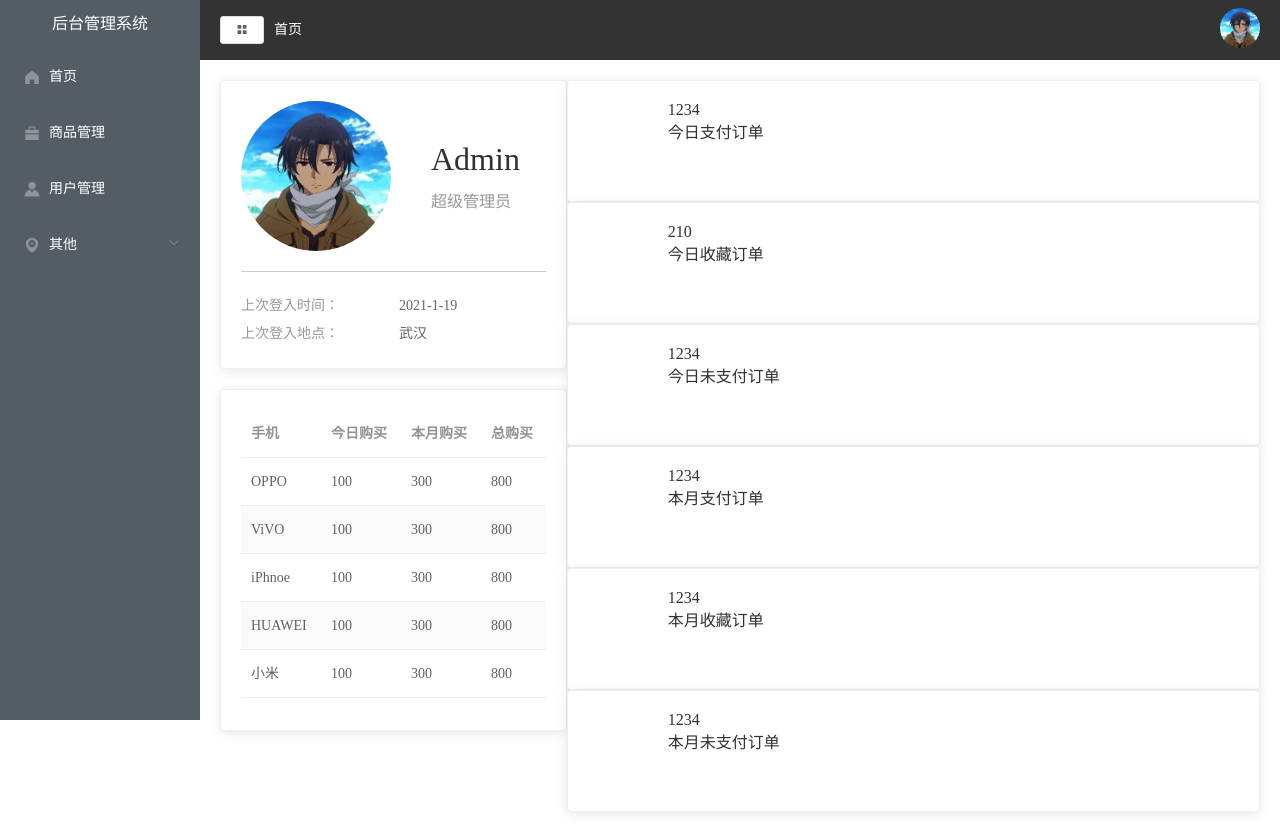
Repository: ldqml/ldqml.github.io
Page: /
These files come from the project's save history. The page is drawn as it stood at one moment and after the next save; the edit follows.
The browser window is 1280 px wide. The pictures show the whole page.
The project was rebuilt for these pictures with package versions that can differ from the ones it lists, and the page was loaded fresh each time. Also part of the build but not shown: vue.config.js, src/views/User.vue, src/views/Mall.vue, src/views/PageOne.vue, src/views/PageTwo.vue.

Above is the page before, as saved 2022-11-01 19:54:13.

After the next save:
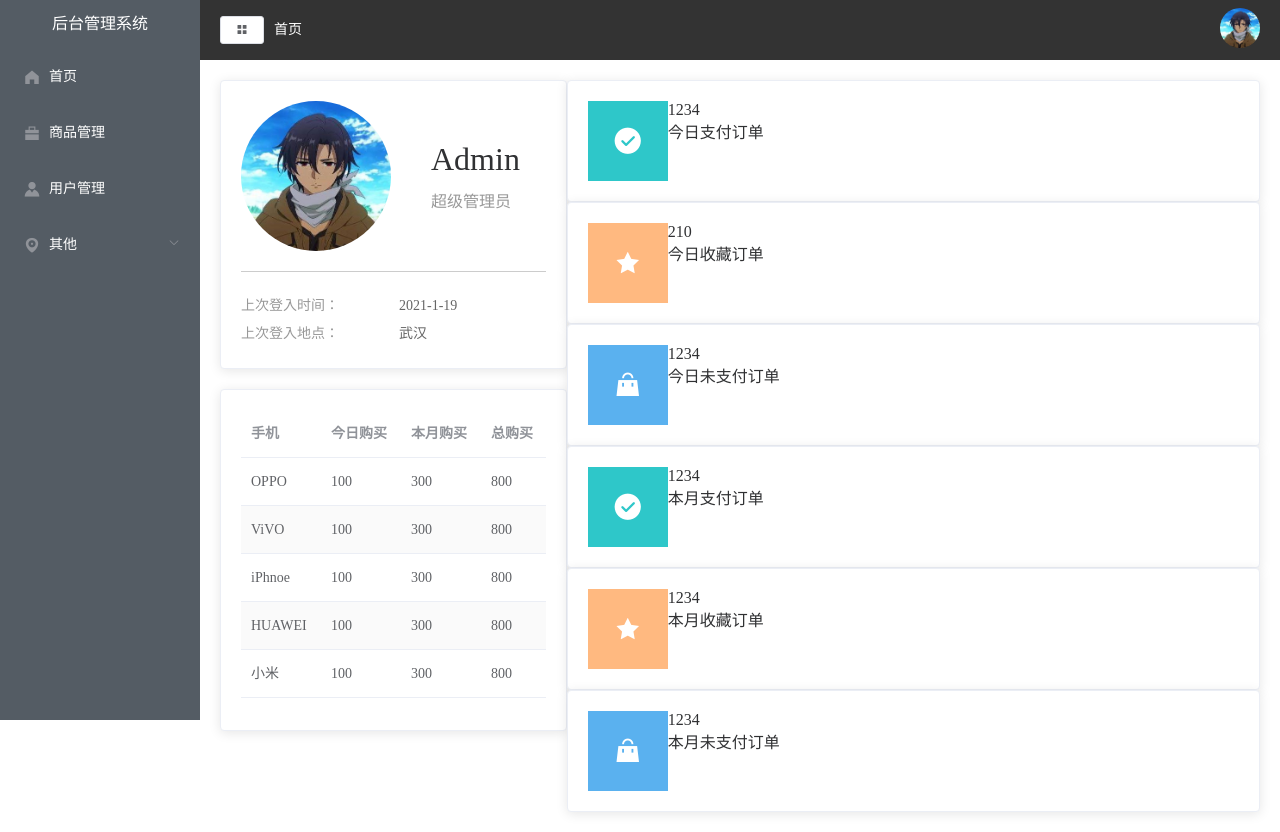
Saved 89 s later.
--- a/src/views/Home.vue
+++ b/src/views/Home.vue
@@ -26,7 +26,7 @@
       <el-col :span="16">
         <div class="num">
             <el-card v-for="item in countDate" :key="item.name" :body-style="{ display:'flex' }">
-                <i class="icon" :class="`el-icon-${item.icon}`"></i>
+                <i class="icon" :class="`el-icon-${item.icon}`" :style="{background:item.color}"></i>
                 <div>
                     <p>{{item.value}}</p>
                     <p>{{item.name}}</p>
